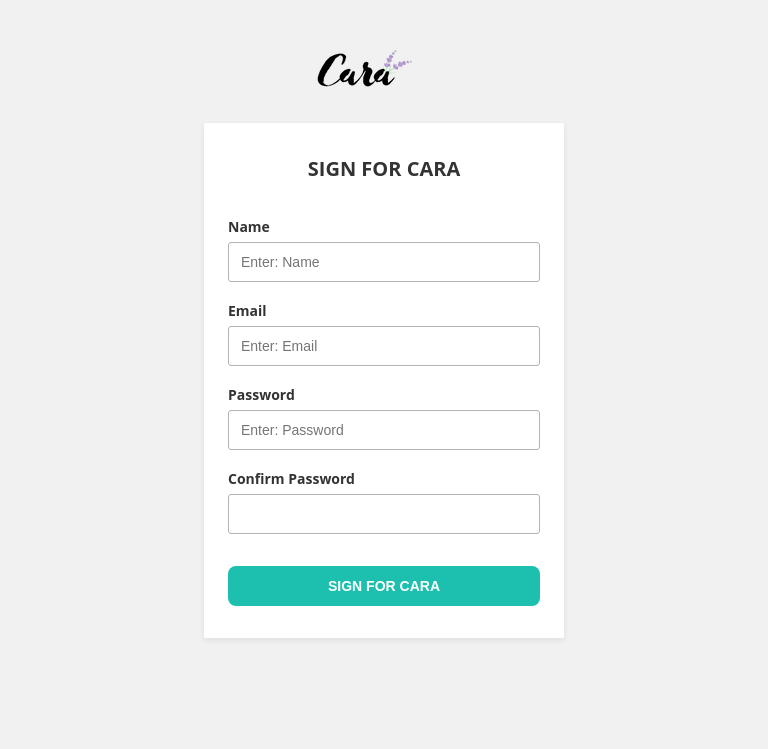
Repository: MinhNhatIT2901/Ecommerce
Page: sigin.html
The author's editor kept a copy of each file at every save. The page is drawn from the files as they stood at one save, then again after the next save.
The browser window is 768 px wide. The pictures show the whole page.

Above is the page before, as saved 2022-01-12 17:14:10.

### sigin.html
<!DOCTYPE html>
<html lang="en">
<head>
    <meta charset="UTF-8">
    <meta http-equiv="X-UA-Compatible" content="IE=edge">
    <meta name="viewport" content="width=device-width, initial-scale=1.0">
    <link rel="stylesheet" href="./sigin/sigin.css">
    <title>Login for Cara</title>
</head>
<body>
    <div class="main">
        <div class="logo-img">
            <a href="index.html">
                <img src="./imgs/img/logo.png" alt="">
            </a>
        </div>
        <form action="" method="POST" class="form" id="form-1">
            <h3 class="heading">SIGN FOR CARA</h3>

            <div class="spacer"></div>

            <div class="form-group">
                <label for="fullname" class="form-label">Name</label>
                <input id="fullname" name="fullname" type="text" placeholder="Enter: Name" class="form-control">
                <span class="form-message"></span>
            </div>

            <div class="form-group">
                <label for="email" class="form-label">Email</label>
                <input id="email" name="email" type="text" placeholder="Enter: Email" class="form-control">
                <span class="form-message"></span>
            </div>

            <div class="form-group">
                <label for="password" class="form-label">Password</label>
                <input id="password" name="password" type="password" placeholder="Enter: Password" class="form-control">
                <span class="form-message"></span>
            </div>

            <div class="form-group">
                <label for="password_confirmation" class="form-label">Confirm Password</label>
                <input id="password_confirmation" name="password_confirmation" type="password" class="form-control">
                <span class="form-message"></span>
            </div>

            <button class="form-submit">SIGN FOR CARA</button>
        </form>

    </div>
</body>
    <script src="./sigin/sigin.js"></script>
    <script>
        Validator({
            form: '#form-1',
            errorSelector : '.form-message',
            formGroupSelector: '.form-group',
            rules: [
            Validator.isRequired ('#fullname'),
            Validator.isRequired('#email'),
            Validator.isEmail('#email'),
            Validator.minLength('#password', 6),
            Validator.isRequired('#password_confirmation'),
            Validator.isConfirmed('#password_confirmation', function () {
                return document.querySelector('#form-1 #password').value
            }, 'Re-entered password is incorrect'),
            ],
            onSubmit: function(data) {
                // Call API
                console.log(data)
            }
        })
    </script>
</html>

### sigin/sigin.css
* {
  padding: 0;
  margin: 0;
  box-sizing: border-box;
}
html {
  color: #333;
  font-size: 62.5%;
  font-family: "Open Sans", sans-serif;
}
.main {
  background: #f1f1f1;
  min-height: 100vh;
  display: flex;
  justify-content: center;
}

.logo-img {
  margin-top: 30px;
}

.form {
  width: 360px;
  min-height: 100px;
  padding: 32px 24px;
  text-align: center;
  background: #fff;
  border-radius: 2px;
  margin: 24px;
  align-self: center;
  box-shadow: 0 2px 5px 0 rgba(51, 62, 73, 0.1);
}
.form .heading {
  font-size: 2rem;
}
.form .desc {
  text-align: center;
  color: #636d77;
  font-size: 1.6rem;
  font-weight: lighter;
  line-height: 2.4rem;
  margin-top: 16px;
  font-weight: 300;
}

.form-group {
  display: flex;
  margin-bottom: 16px;
  flex-direction: column;
}

.form-label,
.form-message {
  text-align: left;
}

.form-label {
  font-weight: 700;
  padding-bottom: 6px;
  line-height: 1.8rem;
  font-size: 1.4rem;
}

.form-control {
  height: 40px;
  padding: 8px 12px;
  border: 1px solid #b3b3b3;
  border-radius: 3px;
  outline: none;
  font-size: 1.4rem;
}

.form-control:hover {
  border-color: #1dbfaf;
}

.form-group.invalid .form-control {
  border-color: #f33a58;
}

.form-group.invalid .form-message {
  color: #f33a58;
}

.form-message {
  font-size: 1.2rem;
  line-height: 1.6rem;
  padding: 4px 0 0;
}

.form-submit {
  outline: none;
  background-color: #1dbfaf;
  margin-top: 12px;
  padding: 12px 16px;
  font-weight: 600;
  color: #fff;
  border: none;
  width: 100%;
  font-size: 14px;
  border-radius: 8px;
  cursor: pointer;
}

.form-submit:hover {
  background-color: #1ac7b6;
}

.spacer {
  margin-top: 36px;
}

/* Reponsive */
@media (max-width: 799px) {
  .main {
    display: inline-block;
    text-align: center;
    width: 100%;
  }

  .logo-img {
    margin: 50px 0 30px;
  }

  .form {
    margin: 0 auto;
  }
}

### sigin/sigin.js
function Validator(options) {
    function getParent(element, selector) {
        while (element.parentElement) {
            if (element.parentElement.matches(selector)) {
                return element.parentElement;
            }
            element = element.parentElement;
        }
    }

    var selectorRules = {};

    // Hàm thực hiện validate
    function validate(inputElement, rule) {
        var errorElement = getParent(inputElement, options.formGroupSelector).querySelector(options.errorSelector);
        var errorMessage;

        // Lấy ra các rules của selector
        var rules = selectorRules[rule.selector];

        // Lặp qua từng rule & kiểm tra
        // Nếu có lỗi thì dừng việc kiểm
        for (var i = 0; i < rules.length; ++i) {
            switch (inputElement.type) {
                case 'radio':
                case 'checkbox':
                    errorMessage = rules[i](
                        formElement.querySelector(rule.selector + ':checked')
                    );
                    break;
                default:
                    errorMessage = rules[i](inputElement.value);
            }
            if (errorMessage) break;
        }

        if (errorMessage) {
            errorElement.innerText = errorMessage;
            getParent(inputElement, options.formGroupSelector).classList.add('invalid');
        } else {
            errorElement.innerText = '';
            getParent(inputElement, options.formGroupSelector).classList.remove('invalid');
        }

        return !errorMessage;
    }

    // Lấy element của form cần validate
    var formElement = document.querySelector(options.form);
    if (formElement) {
        // Khi submit form
        formElement.onsubmit = function (e) {
            e.preventDefault();

            var isFormValid = true;

            // Lặp qua từng rules và validate
            options.rules.forEach(function (rule) {
                var inputElement = formElement.querySelector(rule.selector);
                var isValid = validate(inputElement, rule);
                if (!isValid) {
                    isFormValid = false;
                }
            });

            if (isFormValid) {
                // Trường hợp submit với javascript
                if (typeof options.onSubmit === 'function') {
                    var enableInputs = formElement.querySelectorAll('[name]');
                    var formValues = Array.from(enableInputs).reduce(function (values, input) {

                        switch(input.type) {
                            case 'radio':
                                values[input.name] = formElement.querySelector('input[name="' + input.name + '"]:checked').value;
                                break;
                            case 'checkbox':
                                if (!input.matches(':checked')) {
                                    values[input.name] = '';
                                    return values;
                                }
                                if (!Array.isArray(values[input.name])) {
                                    values[input.name] = [];
                                }
                                values[input.name].push(input.value);
                                break;
                            case 'file':
                                values[input.name] = input.files;
                                break;
                            default:
                                values[input.name] = input.value;
                        }

                        return values;
                    }, {});
                    options.onSubmit(formValues);
                }
                // Trường hợp submit với hành vi mặc định
                else {
                    formElement.submit();
                }
            }
        }

        // Lặp qua mỗi rule và xử lý (lắng nghe sự kiện blur, input, ...)
        options.rules.forEach(function (rule) {

            // Lưu lại các rules cho mỗi input
            if (Array.isArray(selectorRules[rule.selector])) {
                selectorRules[rule.selector].push(rule.test);
            } else {
                selectorRules[rule.selector] = [rule.test];
            }

            var inputElements = formElement.querySelectorAll(rule.selector);

            Array.from(inputElements).forEach(function (inputElement) {
               // Xử lý trường hợp blur khỏi input
                inputElement.onblur = function () {
                    validate(inputElement, rule);
                }

                // Xử lý mỗi khi người dùng nhập vào input
                inputElement.oninput = function () {
                    var errorElement = getParent(inputElement, options.formGroupSelector).querySelector(options.errorSelector);
                    errorElement.innerText = '';
                    getParent(inputElement, options.formGroupSelector).classList.remove('invalid');
                }
            });
        });
    }

}



// Định nghĩa rules
// Nguyên tắc của các rules:
// 1. Khi có lỗi => Trả ra message lỗi
// 2. Khi hợp lệ => Không trả ra cái gì cả (undefined)
Validator.isRequired = function (selector, message) {
    return {
        selector: selector,
        test: function (value) {
            return value ? undefined :  message || 'Please enter this field'
        }
    };
}

Validator.isEmail = function (selector, message) {
    return {
        selector: selector,
        test: function (value) {
            var regex = /^\w+([\.-]?\w+)*@\w+([\.-]?\w+)*(\.\w{2,3})+$/;
            return regex.test(value) ? undefined :  message || 'This field must be email';
        }
    };
}

Validator.minLength = function (selector, min, message) {
    return {
        selector: selector,
        test: function (value) {
            return value.length >= min ? undefined :  message || `Please enter at least ${min} characters`;
        }
    };
}

Validator.isConfirmed = function (selector, getConfirmValue, message) {
    return {
        selector: selector,
        test: function (value) {
            return value === getConfirmValue() ? undefined : message || 'Input value is incorrect';
        }
    }
}

After the next save:
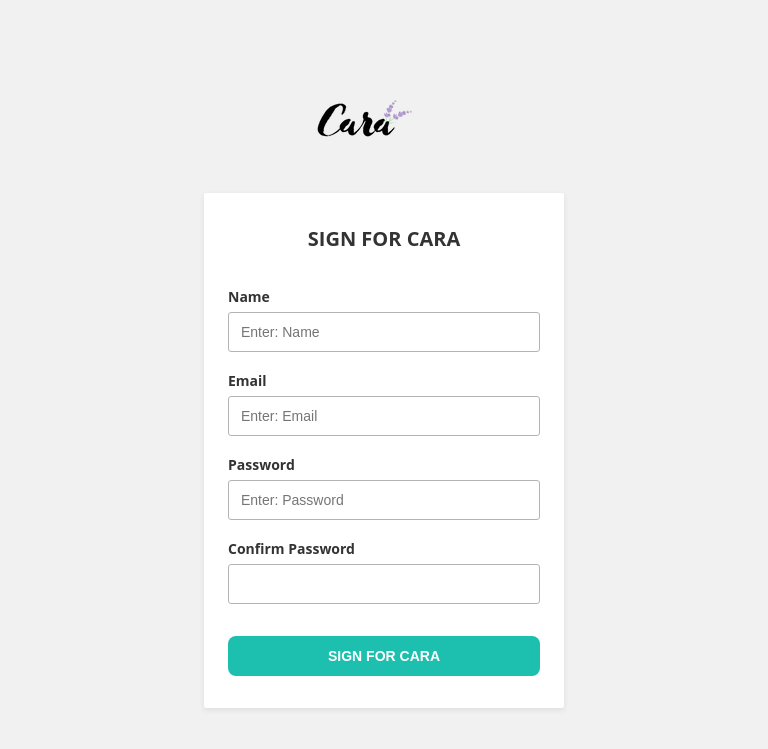
Saved 18 s later.
--- a/sigin/sigin.css
+++ b/sigin/sigin.css
@@ -119,7 +119,7 @@ html {
   }
 
   .logo-img {
-    margin: 50px 0 30px;
+    margin: 100px 0 50px;
   }
 
   .form {
